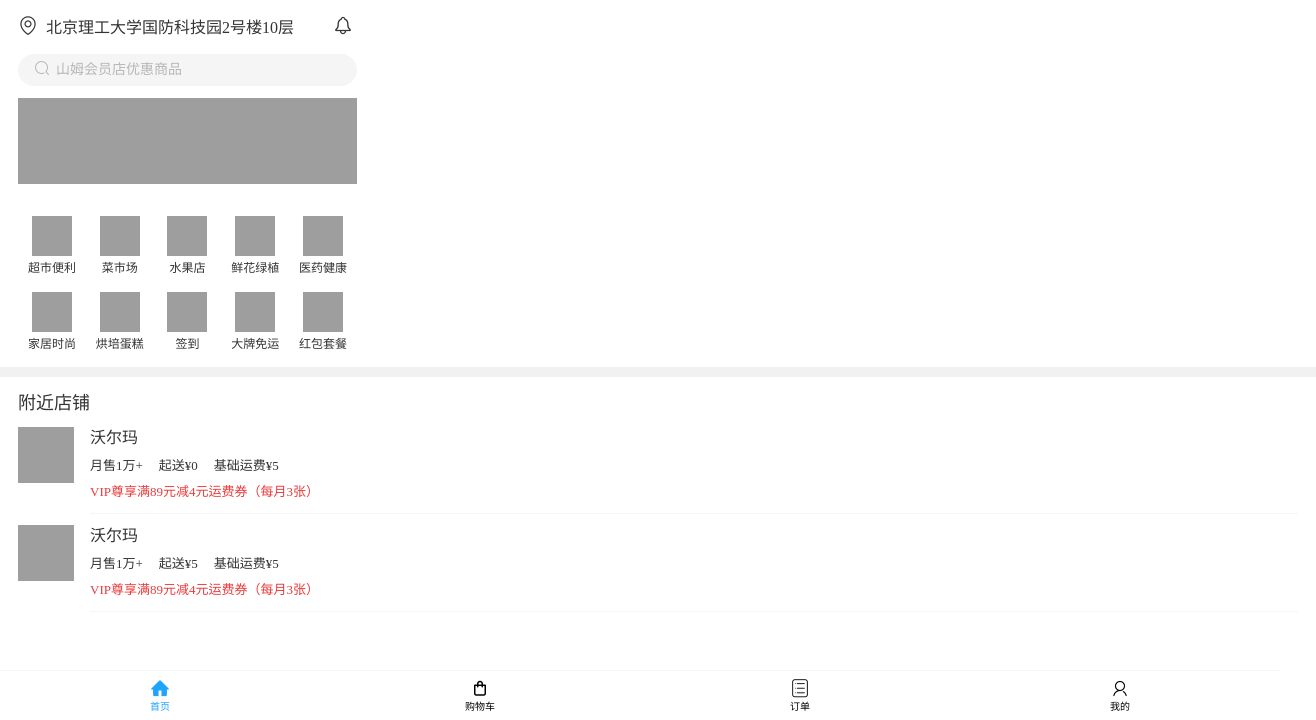
Repository: nestzero/mallapp
Page: /
The author's editor kept a copy of each file at every save. The page is drawn from the files as they stood at one save, then again after the next save.
The browser window is 1280 px wide. The page is 1316 px wide, so the pictures cover 1316 px, including what lies to the right of the window. The pictures show the whole page.
Pictures or frames that could not be fetched are drawn as grey boxes. The project was rebuilt for these pictures with package versions that can differ from the ones it lists, and the page was loaded fresh each time. Also part of the build but not shown: vue.config.js.

Above is the page before, as saved 2022-03-07 22:27:13.

### src/main.js
import { createApp } from 'vue'
import App from './App.vue'
import router from './router'
import store from './store'

import 'normalize.css'
import '@/assets/css/base.scss'

import '@/assets/font/iconfont.css'

createApp(App).use(store).use(router).mount('#app')

### src/App.vue
<template>
  <div id="app">
    <router-view/>

    <main-bar></main-bar>
  </div>

</template>

<script>
import MainBar from "@/components/common/MainBar/MainBar";
export default {
  components:{
    MainBar,
  }
}
</script>

<style lang="scss" scoped>
</style>

### src/router/index.js
import { createRouter, createWebHashHistory } from 'vue-router'

const home=()=>import('@/views/home/home');
const login=()=>import('@/components/content/login/login')
const my=()=>import('@/views/my/my');

const routes = [
  {
    path:'',
    redirect: '/home',
  },
  {
    path:'/home',
    component:home,
  },
  {
    path:'/login',
    component:login
  },
  {
    path:'/my',
    component:my
  }
]

const router = createRouter({
  history: createWebHashHistory(),
  routes
})

export default router

### src/assets/css/base.scss
html{
  font-size: 100px;
}

body{
  font-size: .12rem;
}

### src/assets/font/iconfont.css
@font-face {
  font-family: "iconfont"; /* Project id 3226171 */
  src: url('iconfont.woff2?t=1647138805740') format('woff2'),
       url('iconfont.woff?t=1647138805740') format('woff'),
       url('iconfont.ttf?t=1647138805740') format('truetype');
}

.iconfont {
  font-family: "iconfont" !important;
  font-size: 16px;
  font-style: normal;
  -webkit-font-smoothing: antialiased;
  -moz-osx-font-smoothing: grayscale;
}

.icon-plus-circle:before {
  content: "\e781";
}

.icon-minus-circle:before {
  content: "\e677";
}

.icon-enter:before {
  content: "\e78c";
}

.icon-back:before {
  content: "\e697";
}

.icon-search:before {
  content: "\e65c";
}

.icon-bell:before {
  content: "\e628";
}

.icon-weibiaoti-3:before {
  content: "\e601";
}

.icon-my:before {
  content: "\e78b";
}

.icon-orders:before {
  content: "\e64b";
}

.icon-home:before {
  content: "\e612";
}

.icon-cart:before {
  content: "\e638";
}

### src/components/common/MainBar/MainBar.vue
<template>
  <div id="mainBar">
    <div class="mainBar_item actived">
      <div class="iconfont icon-home"></div>
      <div class="mainBar_item_title">首页</div>
    </div>
    <div class="mainBar_item">
      <div class="iconfont icon-cart"></div>
      <div class="mainBar_item_title">购物车</div>
    </div>
    <div class="mainBar_item">
      <div class="iconfont icon-orders"></div>
      <div class="mainBar_item_title">订单</div>
    </div>
    <div class="mainBar_item" @click="toLogin">
      <div class="iconfont icon-my"></div>
      <div class="mainBar_item_title">我的</div>
    </div>
  </div>
</template>

<script>
export default {
  data() {
    return {
      navIndex: 0,
      nav: [
        { path: "/home", iconfont: "icon-home", name: "首页" },
        { path: "/", iconfont: "icon-cart", name: "购物车" },
        { path: "/", iconfont: "icon-orders", name: "订单" },
        { path: "/login", iconfont: "icon-my", name: "我的" },
      ],
    };
  },
  methods: {
    toLogin() {
      this.$router.push("/login");
    },
  },
};
</script>

<style lang="scss" scoped>
#mainBar {
  display: flex;

  position: absolute;

  left: 0;
  bottom: 0;

  width: 100%;
  height: 0.49rem;

  border-top: 0.01rem solid #f6f6f6;

  z-index: 999;
}

.mainBar_item {
  flex: 1;

  text-align: center;

  .iconfont {
    font-size: 0.18rem;

    margin: 0.07rem 0 0.02rem 0;
  }

  &_title {
    font-size: 0.2rem;

    transform: scale(0.5, 0.5);
    transform-origin: center top;
  }
}

.actived {
  color: #1fa4fc;
}
</style>

### src/views/home/home.vue
<template>
  <div id="home">
    <div class="wrapper">
      <static-parts></static-parts>

      <nearby-parts></nearby-parts>
    </div>
  </div>
</template>

<script>
import StaticParts from '@/components/content/home/StaticParts';
import NearbyParts from '@/components/content/home/NearbyParts';

export default {
  components:{
    StaticParts,
    NearbyParts
  }
};
</script>

<style lang="scss" scoped>
.wrapper {
  position: absolute;

  left: 0;
  top: 0;
  bottom: 0.5rem;
  right: 0;

  width: 100%;
  height: 0.49rem;

  padding: 0 0.18rem;
}

</style>

### src/components/content/home/StaticParts.vue
<template>
  <div id="static-parts">
    <div class="position">
      <i class="iconfont icon-weibiaoti-3"></i>
      <span class="position_name">北京理工大学国防科技园2号楼10层</span>
      <i class="iconfont icon-bell position_remind"></i>
    </div>

    <div class="search">
      <i class="iconfont icon-search"></i>
      <span class="search_text">山姆会员店优惠商品</span>
    </div>

    <div class="banner">
      <img
        class="banner__img"
        src="http://www.dell-lee.com/imgs/vue3/banner.jpg"
      />
    </div>

    <div class="icons">
      <div class="icons_item" v-for="item in iconsList" :key="item.desc">
        <img
          class="icons_item_img"
          :src="`http://www.dell-lee.com/imgs/vue3/${item.imgName}.png`"
        />
        <p class="icons_item_desc">{{ item.desc }}</p>
      </div>
    </div>

    <div class="gap"></div>
  </div>
</template>

<script>
export default {
  data() {
    return {
      iconsList: [
        { imgName: "超市", desc: "超市便利" },
        { imgName: "菜市场", desc: "菜市场" },
        { imgName: "水果店", desc: "水果店" },
        { imgName: "鲜花", desc: "鲜花绿植" },
        { imgName: "医药健康", desc: "医药健康" },
        { imgName: "家居", desc: "家居时尚" },
        { imgName: "蛋糕", desc: "烘培蛋糕" },
        { imgName: "签到", desc: "签到" },
        { imgName: "大牌免运", desc: "大牌免运" },
        { imgName: "红包", desc: "红包套餐" },
      ],
    };
  },
};
</script>

<style lang="scss" scoped>
@import "@/assets/css/viriables.scss";
@import "@/assets/css/mixins.scss";

#static-parts {
}

.position {
  position: relative;

  height: 22px;

  line-height: 22px;
  color: #333333;
  font-size: 16px;
  font-family: "PingFangSC-Regular";

  padding: 0.16rem 0.24rem 0.16rem 0;

  &_name {
    overflow: hidden;
    white-space: nowrap;
    text-overflow: ellipsis;

    margin-left: 8px;
  }

  i {
    font-size: 20px;
    line-height: 20px;
  }

  .position_remind {
    position: absolute;

    top: 0.16rem;

    margin-left: 39px;
  }
}

.search {
  width: 3.07rem;
  height: 0.32rem;

  line-height: 0.32rem;
  border-radius: 0.16rem;
  background-color: #f5f5f5;

  padding: 0 0.16rem;

  .search_text,
  i {
    height: 0.16rem;

    line-height: 0.16rem;
    color: #b7b7b7;
    font-size: 0.14rem;
    font-family: "PingFangSC-Regular";
  }

  i {
    font-size: 0.16rem;

    margin-right: 0.06rem;
  }
}

.banner {
  overflow: hidden;

  padding: 0.12rem 0;

  img {
    width: 3.39rem;
    height: 0.86rem;
  }
}

.icons {
  display: flex;

  width: 3.39rem;

  flex-wrap: wrap;
  margin-top: 0.16rem;

  &_item {
    width: 20%;

    img {
      display: block;
      width: 0.4rem;
      height: 0.4rem;
      margin: 0 auto;
    }

    &_desc {
      margin: 0.06rem 0 0.16rem 0;
      text-align: center;
      color: $content-fontcolor;
    }
  }
}

.gap {
  height: 0.1rem;

  margin: 0 -0.18rem;

  background: $content-bgColor;
}
</style>

### src/components/content/home/NearbyParts.vue
<template>
  <div id="nearby_parts">
    <div class="nearby_title">附近店铺</div>

    <div class="nearby_item" v-for="item in nearbyList" :key="item.id">
      <img :src="item.imgUrl" class="nearby_item_img" />

      <div class="nearby_content">
        <div class="nearby_content_title">{{ item.title }}</div>
        <div class="nearby_content_tags">
          <span
            class="nearby_content_tag"
            v-for="(innerItem, innerIndex) in item.tags"
            :key="innerIndex"
            >{{ innerItem }}</span
          >
        </div>
        <p class="nearby_content_highlight">{{ item.desc }}</p>
      </div>
    </div>
  </div>
</template>

<script>
export default {
  data() {
    return {
      nearbyList: [
        {
          id: 1,
          imgUrl: "http://www.dell-lee.com/imgs/vue3/near.png",
          title: "沃尔玛",
          tags: ["月售1万+", "起送¥0", "基础运费¥5"],
          desc: "VIP尊享满89元减4元运费券（每月3张）",
        },
        {
          id: 2,
          imgUrl: "http://www.dell-lee.com/imgs/vue3/near.png",
          title: "沃尔玛",
          tags: ["月售1万+", "起送¥5", "基础运费¥5"],
          desc: "VIP尊享满89元减4元运费券（每月3张）",
        },
      ],
    };
  },
};
</script>

<style lang="scss" scoped>
@import "@/assets/css/viriables.scss";

.nearby_title {
  color: $content-fontcolor;
  font-size: 0.18rem;
  font-family: "PingFangSC-Medium";
  font-weight: normal;

  margin: 0.16rem 0 0.02rem 0;
}

.nearby_item {
  display: flex;
  padding-top: 0.11rem;

  &_img {
    margin-right: 0.16rem;
    width: 0.56rem;
    height: 0.56rem;
  }
}

.nearby_content {
  flex: 1;

  padding-bottom: 0.12rem;

  border-bottom: .01rem solid #f6f6f6;

  &_title {
    line-height: 0.22rem;
    font-size: 0.16rem;
    color: $content-fontcolor;
  }

  &_tags {
    margin-top: 0.08rem;
    line-height: 0.18rem;
    font-size: 0.13rem;
    color: $content-fontcolor;
  }

  &_tag {
    margin-right: 0.16rem;
  }

  &_highlight {
    margin: 0.08rem 0 0 0;
    line-height: 0.18rem;
    font-size: 0.13rem;
    color: #e93b3b;
  }
}
</style>

### src/assets/css/viriables.scss
$content-fontcolor: #333;
$content-notice-fontcolor: #777;
$content-bgColor: #F1F1F1;

Loaded but not shown: public/index.html (common file); src/store/index.js (common file); src/assets/css/mixins.scss (common file)

After the next save:
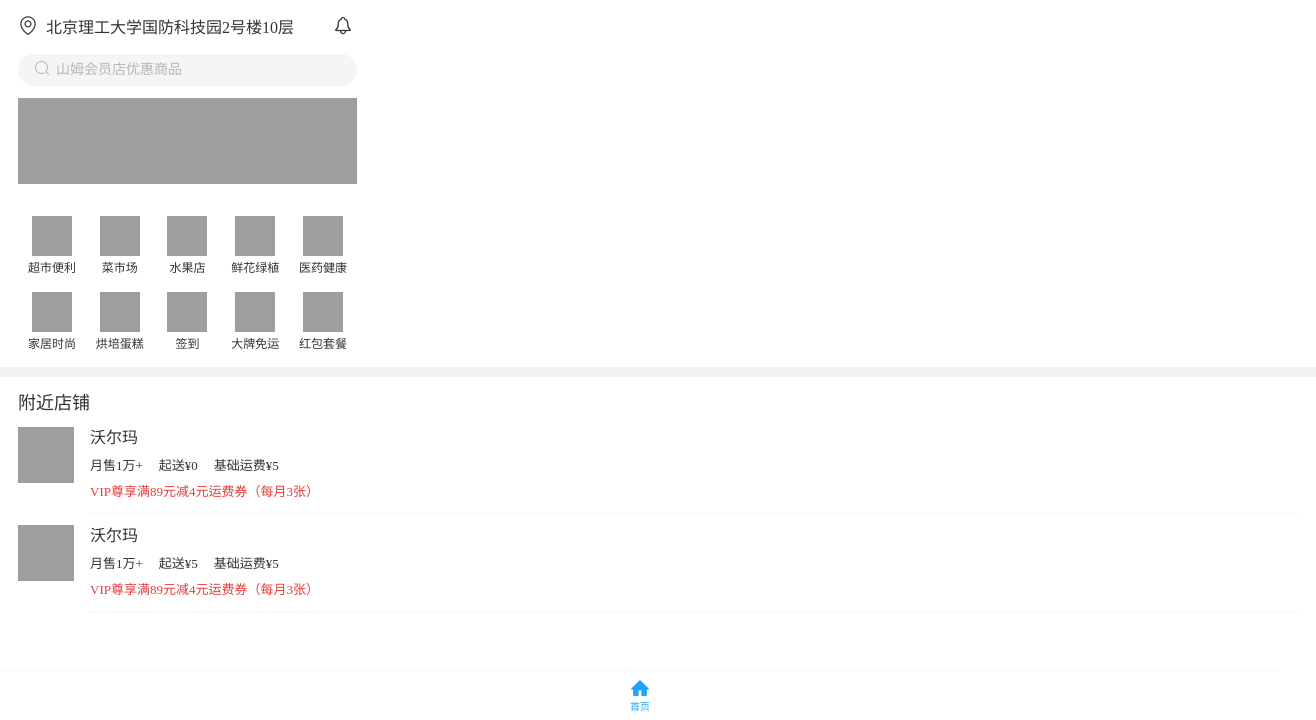
Saved 82 s later.
--- a/src/components/common/MainBar/MainBar.vue
+++ b/src/components/common/MainBar/MainBar.vue
@@ -3,18 +3,6 @@
     <div class="mainBar_item actived">
       <div class="iconfont icon-home"></div>
       <div class="mainBar_item_title">首页</div>
-    </div>
-    <div class="mainBar_item">
-      <div class="iconfont icon-cart"></div>
-      <div class="mainBar_item_title">购物车</div>
-    </div>
-    <div class="mainBar_item">
-      <div class="iconfont icon-orders"></div>
-      <div class="mainBar_item_title">订单</div>
-    </div>
-    <div class="mainBar_item" @click="toLogin">
-      <div class="iconfont icon-my"></div>
-      <div class="mainBar_item_title">我的</div>
     </div>
   </div>
 </template>
